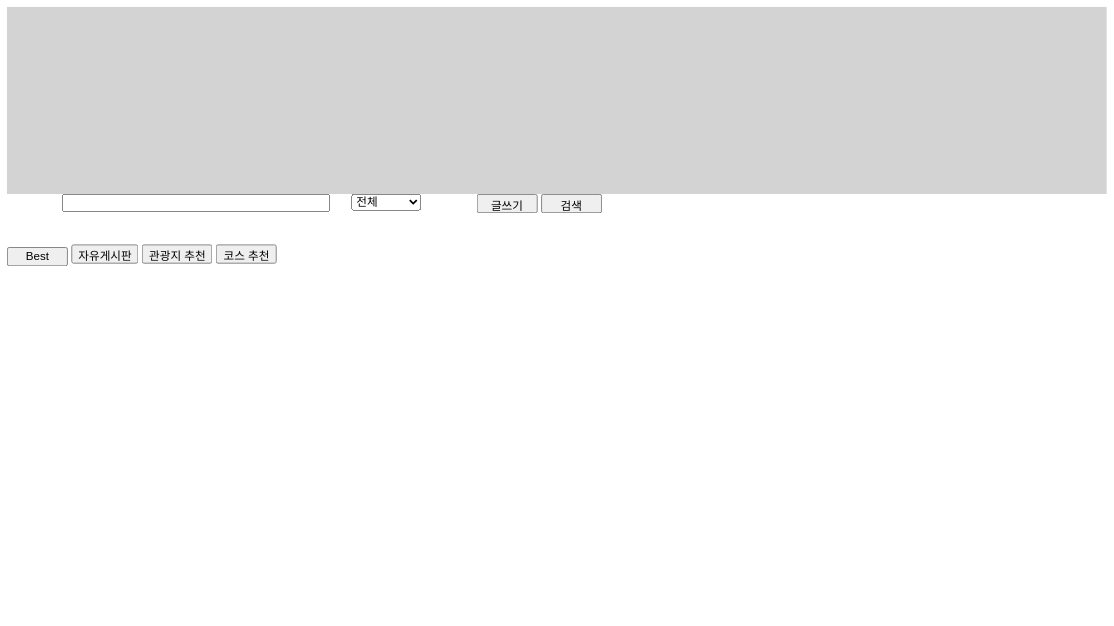
Repository: HJCroCat/project4
Page: http://localhost/koravle/boardMain.jsp
An editor plug-in stored every save of this project. The page is shown before and after the next save, followed by the edit.
The browser window is 1280 px wide. The pictures show the whole page, at 87% of full size.
The page is served by Tomcat 9. Nobody is signed in. The application's start-up code is not run. Other server files are loaded and not shown.

Above is the page before, as saved 2021-12-10 10:05:40.

### koravle/koravle/src/main/webapp/boardMain.jsp
<%@ page language="java" contentType="text/html; charset=UTF-8"
    pageEncoding="UTF-8"%>
<!DOCTYPE html>
<html>
<head>
<meta charset="UTF-8">
<title>Insert title here</title>

<link href="resources/style/stylecss.css" rel="stylesheet">
<script type="text/javascript" src="resources/js/jquery-1.7.1.js"></script>

</head>
<body>
	<header>

	</header>




		<div>
			<input type="text" name="searchWord" id="searchWord">
			<select name="selectSearch" id="selectSearch">
				<option value="1" selected>전체</option>
				<option value="boardName">글제목</option>
				<option value="regionName">관광지</option>
				<option value="boardWriter">작성자</option>
			</select>
			<button href="boardWrite.do" class="btn" >글쓰기</button>
			<button href="boardList.do" class="btn" >검색</button>
		</div>
		<div>
			<br/>
			<br/>

			<button class="btn" href="boardList.do" name="boardBest">Best</button>
			<button class="btn" href="boardList.do" name="boardFree">자유게시판</button>
			<button class="btn" href="boardList.do" name="boardRegion">관광지 추천</button>
			<button class="btn" href="boardList.do" name="boardCourse">코스 추천</button>

		</div>





	<div class="footer">

	</div>

<script src="resources//js/jquery.min.js"></script>
<script src="resources/js/scripts.js"></script>

</body>
</html>

### koravle/koravle/src/main/webapp/resources/style/stylecss.css
header{
	background: lightgray;
	height: 215px;
}

main{
	min-height: 700px;
}

footer{
	background: darkgray;
	height: 310px;
}







.boardHeader{
	height:80px;
}

.btn{
	max-width:100px;
	min-width:70px;
	height: 22px;
}

#searchWord{
	float: left;
	width: 35%;
	margin-left:5%;
	margin-right:2%;
	max-width:300px;
}

#selectSearch{
	float: left;
	width: 10%;
	margin-right:5%;
	max-width:80px;
}

Loaded but not shown: koravle/koravle/src/main/webapp/resources/js/jquery-1.7.1.js (library); koravle/koravle/src/main/webapp/resources/js/jquery.min.js (library)

After the next save:
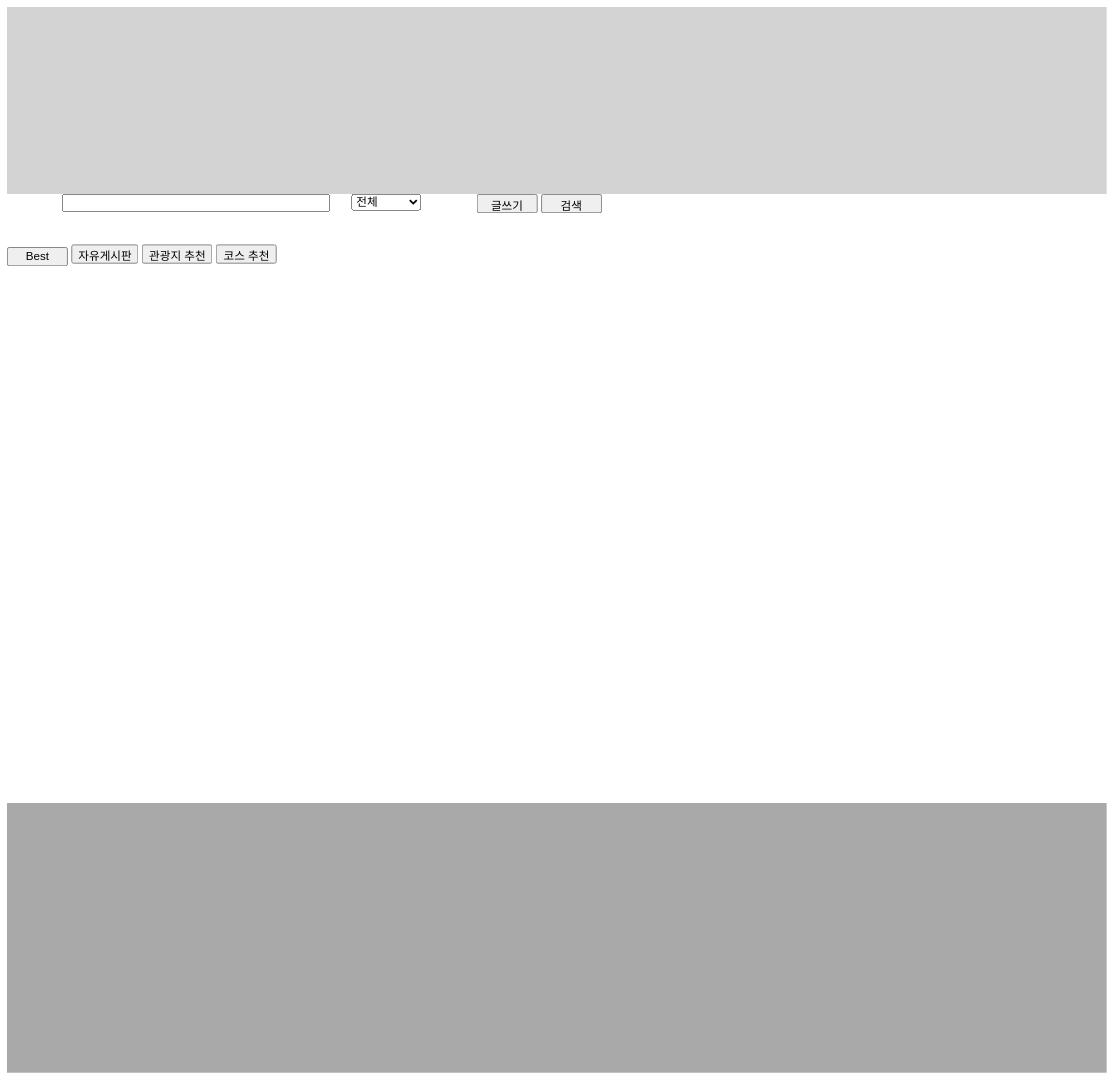
Saved 32 s later.
--- a/koravle/koravle/src/main/webapp/boardMain.jsp
+++ b/koravle/koravle/src/main/webapp/boardMain.jsp
@@ -16,6 +16,7 @@
 	</header>
 
 
+	<main>
 
 
 		<div>
@@ -40,14 +41,11 @@
 
 		</div>
 
+	</main>
 
+	<footer>
 
-
-
-	<div class="footer">
-
-	</div>
-
+	</footer>
 <script src="resources//js/jquery.min.js"></script>
 <script src="resources/js/scripts.js"></script>
 
